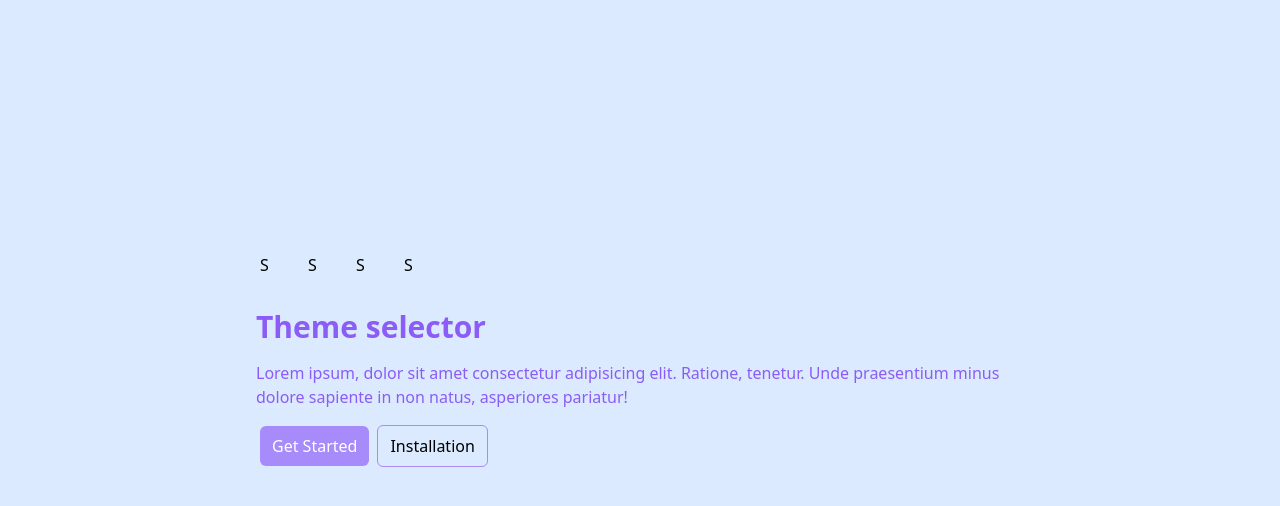
Repository: prince-bansal/tailwind-theme-switcher
Page: /
An editor plug-in stored every save of this project. The page is shown before and after a run of saves, followed by the edit.
The browser window is 1280 px wide. The pictures show the whole page.
The project was rebuilt for these pictures with package versions that can differ from the ones it lists, and the page was loaded fresh each time. Also part of the build but not shown: vite.config.ts, src/index.css.

Above is the page before, as saved 2024-03-17 19:56:50.

After the next 2 saves:
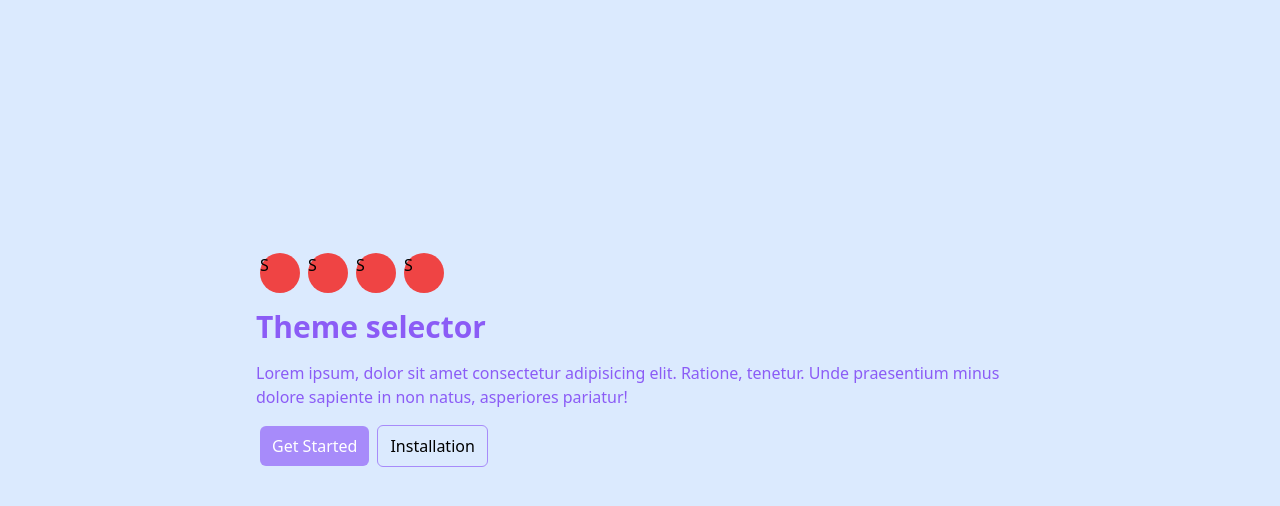
The 2 saves are shown as one change because they came seconds apart.
The last was saved 27 s later.
--- a/src/App.tsx
+++ b/src/App.tsx
@@ -20,7 +20,7 @@ function App() {
               }}
               className={`cursor-pointer h-10 rounded-full w-10 ${getClass(
                 color
-              )} mx-1`}
+              )} bg-red-500 mx-1`}
             >
               S
             </div>
